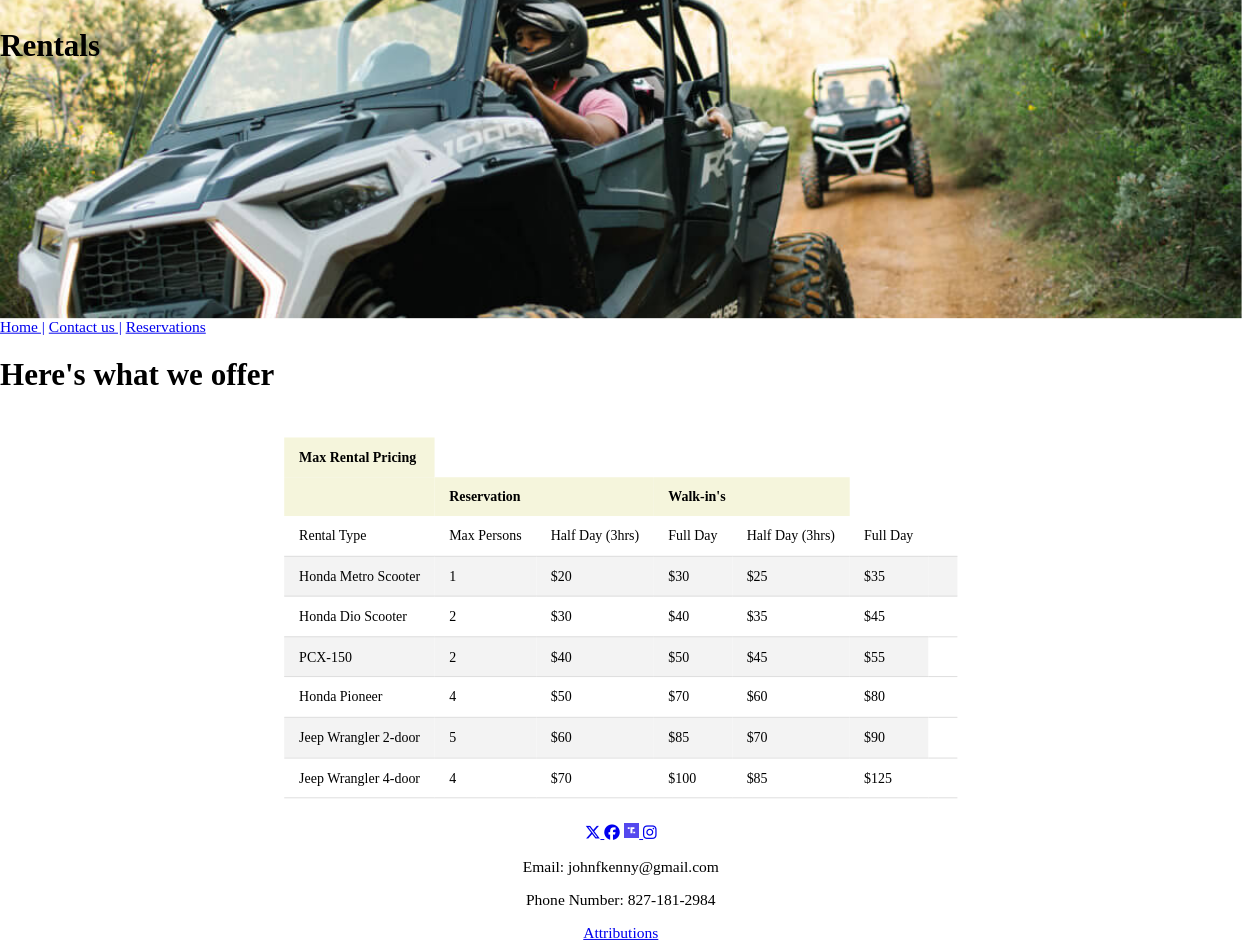
Repository: nak97/WDD230
Page: scoots/rentals-page/rentals-page.html
An editor plug-in stored every save of this project. The page is shown before and after the next save, followed by the edit.
The browser window is 1280 px wide. The pictures show the whole page, at 97% of full size.
Some web libraries are served in a nearby version.

Above is the page before, as saved 2023-12-11 17:36:22.

After the next save:
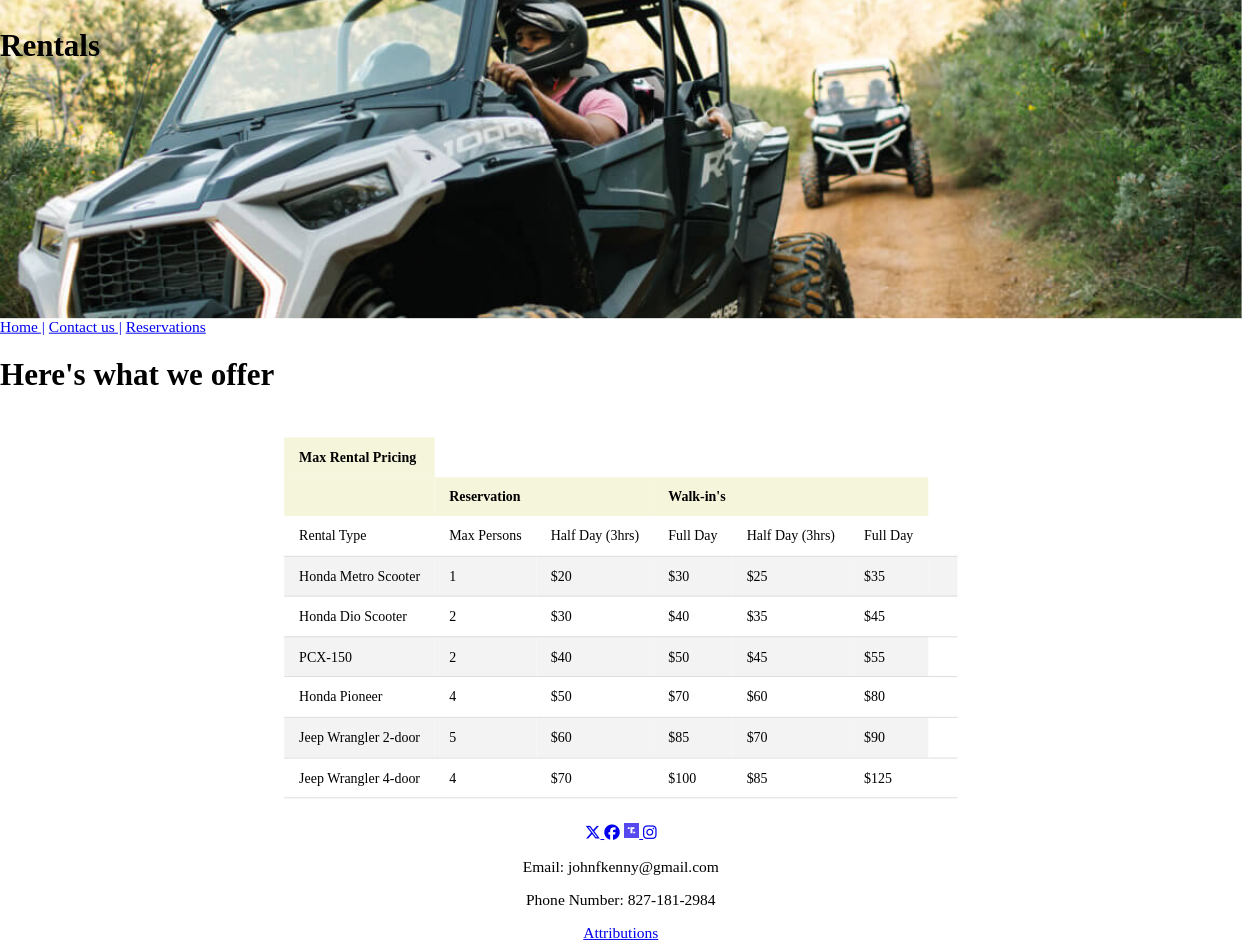
Saved 29 s later.
--- a/scoots/rentals-page/rentals-page.html
+++ b/scoots/rentals-page/rentals-page.html
@@ -44,7 +44,7 @@
           <td>  Max Rental Pricing</td></tr>
           <td></td>
           <td colspan="2"> Reservation</td>
-          <td colspan="2">Walk-in's</td>
+          <td colspan="3">Walk-in's</td>
       </tr>
       </thead>
       <tbody>
